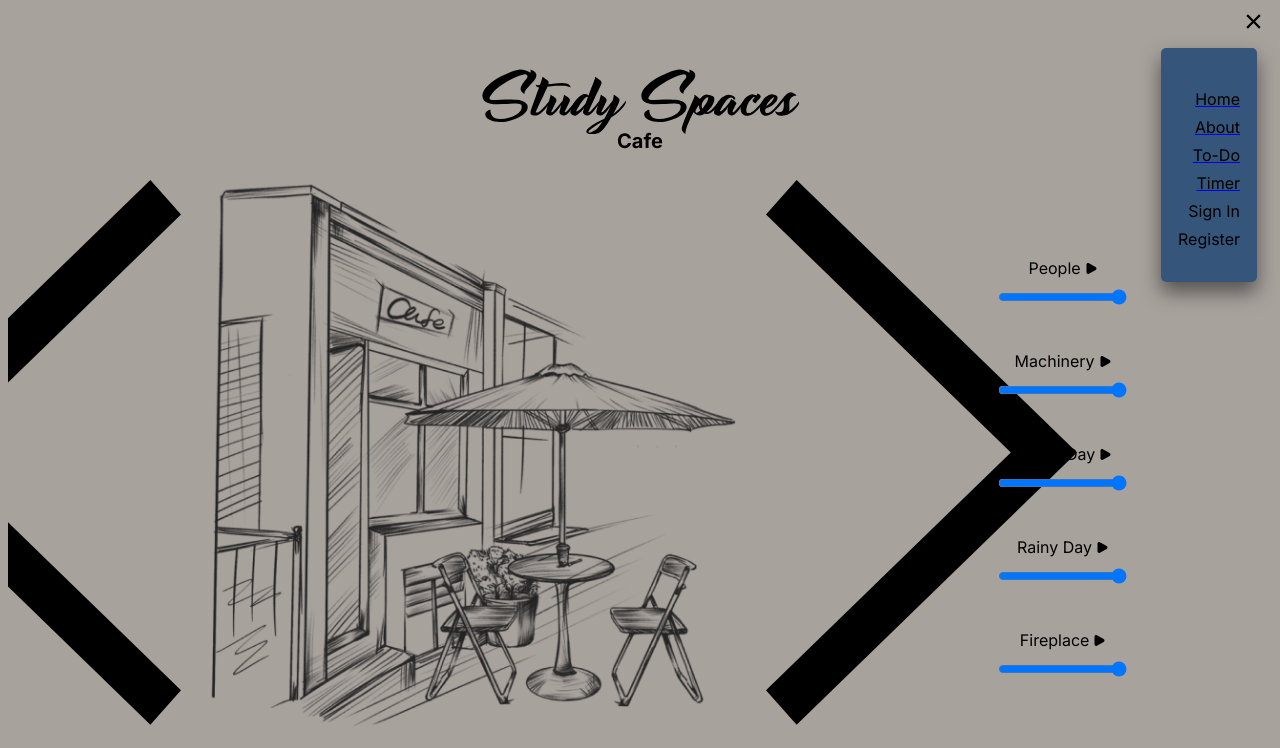
Repository: kaitlynlie/studyspaces
Page: / (app in studyspaces/), after clicking the first element matching `svg`
The author's editor kept a copy of each file at every save. The page is drawn from the files as they stood at one save, then again after the next save.
The browser window is 1280 px wide. The pictures show the whole page.
The project was rebuilt for these pictures with package versions that can differ from the ones it lists, and the page was loaded fresh each time. Also part of the build but not shown: studyspaces/vite.config.ts. Imported but missing from the stored project, and not drawn on this page: studyspaces/src/audio/fireplace.wav, studyspaces/src/audio/people.wav, studyspaces/src/audio/rain.wav, studyspaces/src/audio/softmachinery.mp3, studyspaces/src/audio/sun.wav.

Above is the page before, as saved 2023-09-28 11:00:33.

### studyspaces/index.html
<!DOCTYPE html>
<html lang="en">
  <head>
    <meta charset="UTF-8" />
    <link rel="icon" type="image/svg+xml" href="/vite.svg" />
    <meta name="viewport" content="width=device-width, initial-scale=1.0" />
    <title>Study Spaces</title>
  </head>
  <body>
    <div id="root"></div>
    <script type="module" src="/src/main.tsx"></script>
  </body>
</html>

### studyspaces/src/main.tsx
import React from 'react'
import ReactDOM from 'react-dom/client'
import App from './App'
import './index.scss'
import { BrowserRouter } from 'react-router-dom'

ReactDOM.createRoot(document.getElementById('root')!).render(
  <BrowserRouter>
    <App />
  </BrowserRouter>,
)

### studyspaces/src/App.tsx
import clsx from "clsx";
import { Route, Routes } from 'react-router-dom'
import React from "react";
import { Home } from "./pages/Home";
import { Navbar } from "./pages";

function App() {
  return (
    <>
      <div className={clsx("app", "w-full overflow-hidden")}>
          {/* <img
            src={tracks}
            alt='tracks'
            className={clsx(styles.tracks)}
          />  */}
        <Navbar />
        <Routes>
          <Route index path="/" element={<Home />} />
          {/* <Route path="about" element={<About />} />
          <Route path="membership" element={<Membership />} />
          <Route path="faq" element={<FAQ />} />
          <Route path="blog" element={<Blog />} />
          <Route path="careers" element={<Careers />} />
          <Route path='blog2' element={<Blog2 />} /> */}
      </Routes>
      </div>
    </>
  )
  }

export default App;

### studyspaces/src/index.scss
@import url("https://fonts.googleapis.com/css2?family=Inter:wght@400;500;600;700;800;900&display=swap");
// @import "./style/globals/general.scss";

@tailwind base;
@tailwind components;
@tailwind utilities;

:root {
  font-family: Inter;
  overflow-x: hidden;
}

@keyframes jump {
  0%, 100% {
    transform: translateY(0);
  }
  50% {
    transform: translateY(-20px);
  }
}

.jumping-word {
  display: inline-block;
  animation: jump 1s infinite;
}

### studyspaces/src/pages/Home.tsx
import styles from "./home.module.scss";
import clsx from "clsx";
import { title, coffee, leftarrow, rightarrow, play, pause } from "../assets";
import React, { ChangeEvent, useState, useRef } from 'react';
import { people, machinery, sunny, rainy, fire } from "../audio";

export function Home() {
  const [sliderValues, setSliderValues] = useState({
    peopleVolumeSlider: 1,
    machVolumeSlider: 1,
    sunnyVolumeSlider: 1,
    rainyVolumeSlider: 1,
    fireVolumeSlider: 1,
  });

  const handleSliderChange = (event: ChangeEvent<HTMLInputElement>) => {
    const { id, value } = event.target;
    setSliderValues((prevValues) => ({
      ...prevValues,
      [id]: parseFloat(value),
    }));
  };

  const [isPlaying, setIsPlaying] = useState<AudioState>({});

  interface AudioState {
    [key: string]: boolean;
  }

  const handlePlayButtonClick = (audioId: string) => {
    setIsPlaying((prevState) => ({
      ...prevState,
      [audioId]: !prevState[audioId] || !prevState[audioId],
    }));
  };

  return (
    <div className={clsx(styles.body)}>
        <section className={clsx(styles.home)}>
            <img src={title} className={clsx(styles.title)}/>
            <h4>Cafe</h4>
            <div className={clsx(styles.content)}>
              <div className={clsx(styles.hero)}>
                <img id="leftArrow" src={leftarrow} />
                <img src={coffee} className={clsx(styles.coffee)} />
                <img id="rightArrow" src={rightarrow} />
              </div>

              <div className={clsx(styles.audiolist)}>
                <div className={clsx(styles.audio)}>
                  <div className={clsx(styles.title)}>
                    <p>People</p>
                    <img
                      src={play}
                      width="11"
                      height="11"
                      id="peoplePlayButton"
                      onClick={() => handlePlayButtonClick("peopleAudioPlayer")}                    />
                  </div>
                  <audio id="peopleAudioPlayer">
                    <source src={people} type="audio/wav" />
                  </audio>
                  <input
                    type="range"
                    id="peopleVolumeSlider"
                    min={0}
                    max={1}
                    step={0.1}
                    value={sliderValues.peopleVolumeSlider}
                    onChange={handleSliderChange}
                  />
                </div>

                <div className={clsx(styles.audio)}>
                  <div className={clsx(styles.title)}>
                    <p>Machinery</p>
                    <img
                      src={play}
                      width="11"
                      height="11"
                      id="machPlayButton"
                      onClick={() => handlePlayButtonClick("machAudioPlayer")}
                    />
                  </div>
                  <audio id="machAudioPlayer">
                    <source src={machinery} type="audio/mp3" />
                  </audio>
                  <input
                    type="range"
                    id="machVolumeSlider"
                    min={0}
                    max={1}
                    step={0.1}
                    value={sliderValues.machVolumeSlider}
                    onChange={handleSliderChange}
                  />
                </div>

                <div className={clsx(styles.audio)}>
                  <div className={clsx(styles.title)}>
                    <p>Sunny Day</p>
                    <img
                      src={play}
                      width="11"
                      height="11"
                      id="sunnyPlayButton"
                      onClick={() => handlePlayButtonClick("sunnyAudioPlayer")}
                    />
                  </div>
                  <audio id="sunnyAudioPlayer">
                    <source src={sunny} type="audio/wav" />
                  </audio>
                  <input
                    type="range"
                    id="sunnyVolumeSlider"
                    min={0}
                    max={1}
                    step={0.1}
                    value={sliderValues.sunnyVolumeSlider}
                    onChange={handleSliderChange}
                  />
                </div>

                <div className={clsx(styles.audio)}>
                  <div className={clsx(styles.title)}>
                    <p>Rainy Day</p>
                    <img
                      src={play}
                      width="11"
                      height="11"
                      id="rainyPlayButton"
                      onClick={() => handlePlayButtonClick("rainyAudioPlayer")}
                    />
                  </div>
                  <audio id="rainyAudioPlayer">
                    <source src={rainy} type="audio/wav" />
                  </audio>
                  <input
                    type="range"
                    id="rainyVolumeSlider"
                    min={0}
                    max={1}
                    step={0.1}
                    value={sliderValues.rainyVolumeSlider}
                    onChange={handleSliderChange}
                  />
                </div>

                <div className={clsx(styles.audio)}>
                  <div className={clsx(styles.title)}>
                    <p>Fireplace</p>
                    <img
                      src={play}
                      width="11"
                      height="11"
                      id="firePlayButton"
                      onClick={() => handlePlayButtonClick("fireAudioPlayer")}
                    />
                  </div>
                  <audio id="fireAudioPlayer">
                    <source src={fire} type="audio/wav" />
                  </audio>
                  <input
                    type="range"
                    id="fireVolumeSlider"
                    min={0}
                    max={1}
                    step={0.1}
                    value={sliderValues.fireVolumeSlider}
                    onChange={handleSliderChange}
                  />
                </div>
              </div>
            </div>
        </section>
    </div>
  );
}

### studyspaces/src/pages/index.ts
import Navbar from "./Navbar";

export {
    Navbar
}

### studyspaces/src/pages/home.module.scss
body {
    background-color: rgb(168, 162, 157);
    section.home {
        padding: 10px;
        display: flex;
        flex-direction: column;
        justify-content: center;
        align-items: center;
        overflow-y: hidden;
        .title {
            margin-top: 20px;
        }
        h4 {
            text-align: center;
            font-size: 20px;
            font-weight: 700;
            margin-top: -5px;
        }
        .content {
            display: flex;
            justify-content: space-between;
            gap: 200px;
            transition: gap 0.3s ease;
            // @media (max-width: 1089px) {
            //     gap: 50px;
            // }
            // @media (max-width: 919px) {
            //   flex-direction: column;
            // }
            .hero {
                display: flex;
                justify-content: center;
                gap: 30px;
                .coffee {
                    max-width: 550px;
                    max-height: 550px;
                    width: 100%;
                    height: 100%;
                    @media (max-width: 664px) {
                        max-width: 300px;
                        max-height: 300px;
                    }
                }
            }
            .audiolist {
                display: flex;
                flex-direction: column;
                align-items: center;
                justify-content: center;
                .audio {
                    display: flex;
                    flex-direction: column;
                    justify-content: center;
                    align-items: center;
                    .title {
                        display: flex;
                        flex-direction: row;
                        justify-content: center;
                        align-items: center;
                        gap: 5px;
                        img {
                            cursor: pointer;
                        }
                        .custom-range-slider {
                            appearance: none;
                            width: 100%;
                            height: 8px;
                            border-radius: 5px;
                            background-color: black;
                            outline: none;
                          }

                          .custom-range-slider::-webkit-slider-thumb {
                            appearance: none;
                            width: 16px;
                            height: 16px;
                            border-radius: 50%;
                            background-color: white;
                            cursor: pointer;
                          }

                          .custom-range-slider::-moz-range-thumb {
                            width: 16px;
                            height: 16px;
                            border-radius: 50%;
                            background-color: white;
                            cursor: pointer;
                          }

                          .custom-range-slider::-ms-thumb {
                            width: 16px;
                            height: 16px;
                            border-radius: 50%;
                            background-color: white;
                            cursor: pointer;
                          }
                        #peopleVolumeSlider {
                            -webkit-appearance: none;
                            appearance: none;
                            width: 100%;
                            height: 5px;
                            background-color: black; /* Set the default color of the track/bar */
                            outline: none;
                            position: relative;
                          }

                          #peopleVolumeSlider::-webkit-slider-thumb {
                            -webkit-appearance: none;
                            appearance: none;
                            width: 12px;
                            height: 12px;
                            background-color: black; /* Set the color of the slider thumb */
                            cursor: pointer;
                            border-radius: 50%;
                            position: relative;
                            z-index: 1;
                          }

                          #sunnyVolumeSlider {
                            -webkit-appearance: none;
                            appearance: none;
                            width: 100%;
                            height: 5px;
                            background-color: black; /* Set the default color of the track/bar */
                            outline: none;
                            position: relative;
                          }

                          #sunnyVolumeSlider::-webkit-slider-thumb {
                            -webkit-appearance: none;
                            appearance: none;
                            width: 12px;
                            height: 12px;
                            background-color: black; /* Set the color of the slider thumb */
                            cursor: pointer;
                            border-radius: 50%;
                            position: relative;
                            z-index: 1;
                          }

                          #rainyVolumeSlider {
                            -webkit-appearance: none;
                            appearance: none;
                            width: 100%;
                            height: 5px;
                            background-color: black; /* Set the default color of the track/bar */
                            outline: none;
                            position: relative;
                          }

                          #rainyVolumeSlider::-webkit-slider-thumb {
                            -webkit-appearance: none;
                            appearance: none;
                            width: 12px;
                            height: 12px;
                            background-color: black; /* Set the color of the slider thumb */
                            cursor: pointer;
                            border-radius: 50%;
                            position: relative;
                            z-index: 1;
                          }

                          #machVolumeSlider {
                            -webkit-appearance: none;
                            appearance: none;
                            width: 100%;
                            height: 5px;
                            background-color: black; /* Set the default color of the track/bar */
                            outline: none;
                            position: relative;
                          }

                          #machVolumeSlider::-webkit-slider-thumb {
                            -webkit-appearance: none;
                            appearance: none;
                            width: 12px;
                            height: 12px;
                            background-color: black; /* Set the color of the slider thumb */
                            cursor: pointer;
                            border-radius: 50%;
                            position: relative;
                            z-index: 1;
                          }

                          #fireVolumeSlider {
                            -webkit-appearance: none;
                            appearance: none;
                            width: 100%;
                            height: 5px;
                            background-color: black; /* Set the default color of the track/bar */
                            outline: none;
                            position: relative;
                          }

                          #fireVolumeSlider::-webkit-slider-thumb {
                            -webkit-appearance: none;
                            appearance: none;
                            width: 12px;
                            height: 12px;
                            background-color: black; /* Set the color of the slider thumb */
                            cursor: pointer;
                            border-radius: 50%;
                            position: relative;
                            z-index: 1;
                          }
                    }
                    input {
                        margin-top: -5px;
                        margin-bottom: 10px
                    }
                }
            }
        }
    }
}

### studyspaces/src/assets/index.ts
import title from './title.svg'
import coffee from './coffee.png'
import leftarrow from './leftarrow.svg'
import rightarrow from './rightarrow.svg'
import play from './play.svg'
import pause from './pause.svg'

export {
    title,
    coffee,
    leftarrow,
    rightarrow,
    play,
    pause
}

### studyspaces/src/audio/index.ts
import people from './people.wav'
import machinery from './softmachinery.mp3'
import sunny from './sun.wav'
import rainy from './rain.wav'
import fire from './fireplace.wav'

export {
    people,
    machinery,
    sunny,
    rainy,
    fire
}

### studyspaces/src/pages/Navbar.tsx
import React from 'react'
import styles from './Navbar.module.scss'
import clsx from 'clsx'
import { title } from '../assets'
import { Link } from 'react-router-dom'
import { useState } from 'react'
import { RiMenu3Line, RiCloseLine } from 'react-icons/ri';

const Navbar = () => {
  const [toggleMenu, setToggleMenu] = useState(false);
  const [nav, setNav] = useState(false);

  const openNav = () => {
    setNav(!nav);
  };

  return (
    <nav className={clsx(styles.navbar)}>
    {/* <div className={clsx(styles.bar)}>
      <ul className={clsx(styles.components)}>
        <Link onClick={openNav} to='/'><li><a>Home</a></li></Link>
        <Link onClick={openNav} to='/about'><li><a>About</a></li></Link>
        <Link onClick={openNav} to='/membership'><li><a>To-Do</a></li></Link>
        <Link onClick={openNav} to='/faq'><li><a>Timer</a></li></Link>
      </ul>
    </div> */}

    {/* <div className={clsx(styles.signin)}>
      <p>Sign In</p>
      <button
        type="button"
        className={clsx(styles.button)}>
        Register
      </button>
    </div> */}

    <div className={clsx(styles.toggle)}>
        {toggleMenu
          ? <RiCloseLine color="#000" size={27} onClick={() => setToggleMenu(false)} />
          : <RiMenu3Line color="#000" size={27} onClick={() => setToggleMenu(true)} />}
        {toggleMenu && (
        <div className={clsx(styles.box)}>
          <div className="none">
            <ul className={clsx(styles.dropdown)}>
            <Link onClick={openNav} to='/'><li><a>Home</a></li></Link>
            <Link onClick={openNav} to='/about'><li><a>About</a></li></Link>
            <Link onClick={openNav} to='/membership'><li><a>To-Do</a></li></Link>
            <Link onClick={openNav} to='/faq'><li><a>Timer</a></li></Link>
            <li><a>Sign In</a></li>
            <li><a>Register</a></li>
            </ul>
          </div>
        </div>
        )}
        </div>
  </nav>
  )
}

export default Navbar

### studyspaces/src/pages/Navbar.module.scss
nav.navbar {
    display: flex;
    flex-direction: row;
    align-items: center;
    justify-content: flex-end;
    z-index: 10;
    .components {
      display: flex;
      flex-direction: row;
      gap: 30px;
      font-size: 20px;
      font-weight: 500;
      line-height: 130%;
      z-index: 10;
      cursor: pointer;
      margin-right: 30px;
      a {
        z-index: 10;
        list-style-type: none;
        text-decoration: none;
        color: inherit;
      }
      @media (max-width: 1156px) {
        display: none;
      }
    }
    .signin {
      display: flex;
      flex-direction: row;
      align-items: center;
      gap: 10px;
      font-size: 20px;
      font-weight: 500;
      line-height: 130%;
      z-index: 10;
      cursor: pointer;
      @media (max-width: 1156px) {
        display: none;
      }
      .button {
        border-radius: 5px;
        background: #184171;
        width: 150px;
        height: 49px;
        color: white;
        margin-right: 5px;
        z-index: 10;
      }
    }
    .toggle {
      position: relative;
      cursor: pointer;
      z-index: 10;
      margin-left: 20px;
      margin-right: 5px;
      .box {
        display: flex;
        justify-content: flex-end;
        align-items: flex-end;
        flex-direction: column;
        text-align: end;
        background-color: #184171c9;
        padding: 16px;
        position: absolute;
        top: 40px;
        right: 10px;
        border-radius: 5px;
        box-shadow: 0 10px 20px 0 rgba(0,0,0,0.5);
        z-index: 10;
        .dropdown {
          display: flex;
          justify-content: flex-end;
          align-items: flex-end;
          flex-direction: column;
          color: white;
          text-align: end;
          padding: 1px;
          li {
            margin-top: 8px;
            list-style-type: none;
            text-decoration: none;
            color: black;
          }
        }
      }
    }
  }

After the next save:
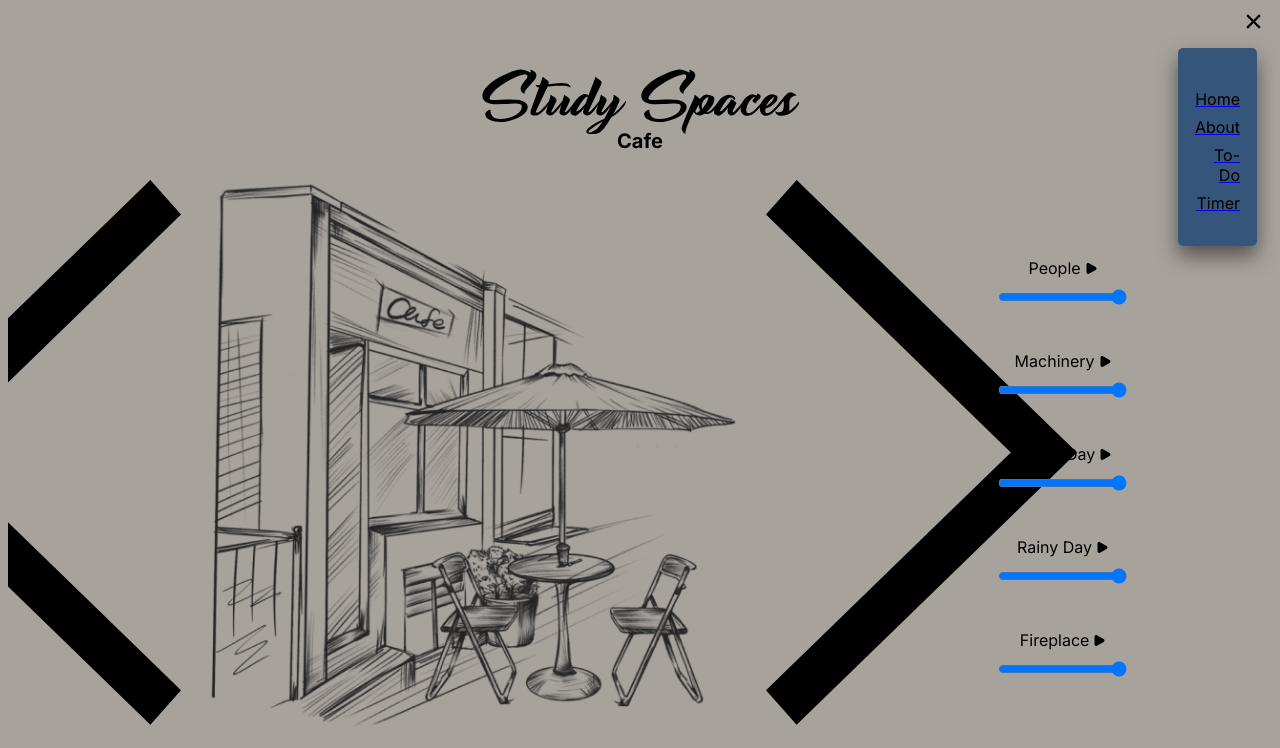
Saved 6 s later.
--- a/studyspaces/src/pages/Navbar.tsx
+++ b/studyspaces/src/pages/Navbar.tsx
@@ -46,8 +46,6 @@ const Navbar = () => {
             <Link onClick={openNav} to='/about'><li><a>About</a></li></Link>
             <Link onClick={openNav} to='/membership'><li><a>To-Do</a></li></Link>
             <Link onClick={openNav} to='/faq'><li><a>Timer</a></li></Link>
-            <li><a>Sign In</a></li>
-            <li><a>Register</a></li>
             </ul>
           </div>
         </div>
